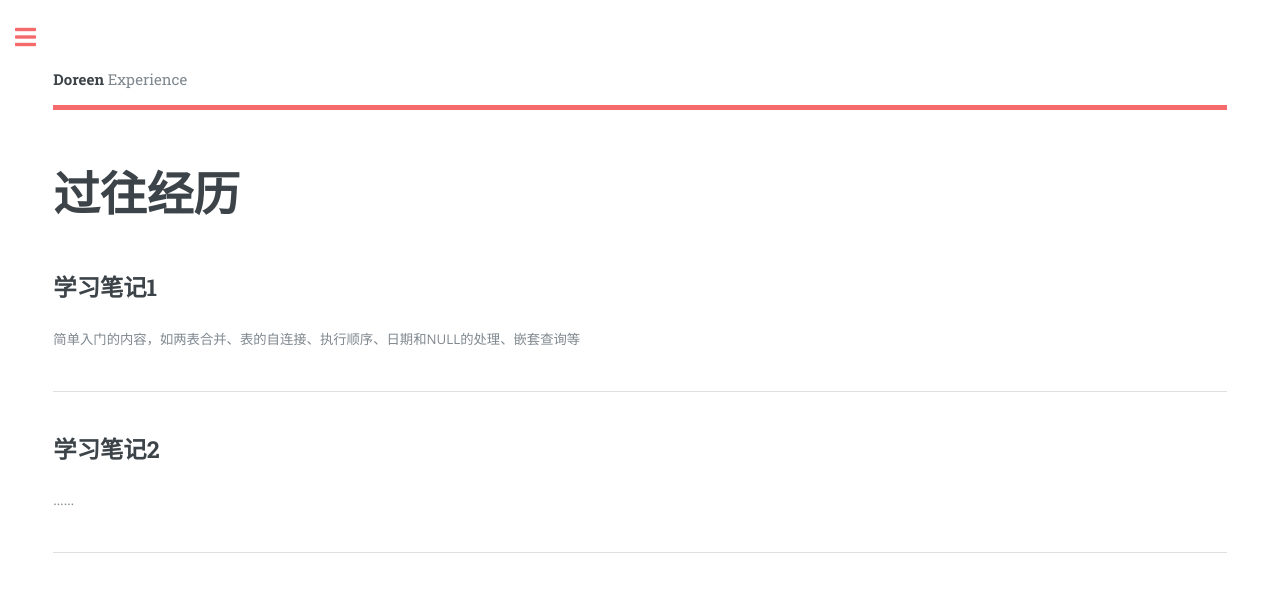
Repository: Hpz3859/Hpz3859.github.io
Page: experience.html
An editor plug-in stored every save of this project. The page is shown before and after the next save, followed by the edit.
The browser window is 1280 px wide. The pictures show the whole page.

Above is the page before, as saved 2025-03-19 14:29:05.

After the next save:
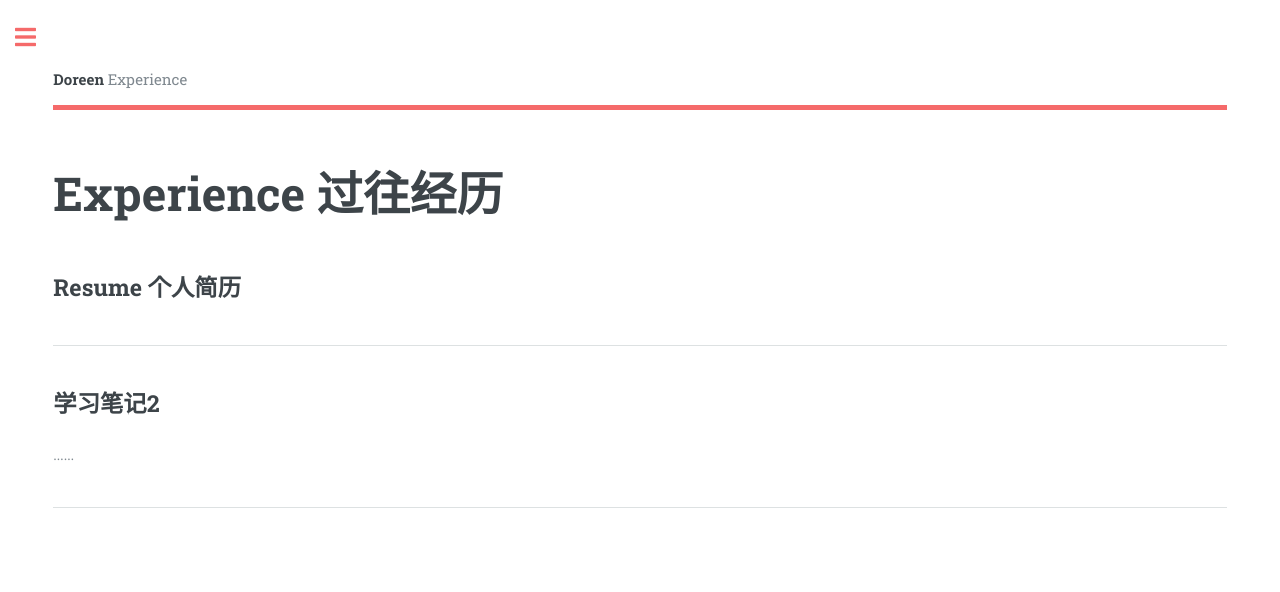
Saved 86 s later.
--- a/experience.html
+++ b/experience.html
@@ -37,12 +37,12 @@
 							<!-- Content -->
 								<section>
 									<header class="main">
-										<h1>过往经历</h1>
+										<h1>Experience 过往经历</h1>
 									</header>
 										<!-- Content -->
 										<div class="content">
-											<h2><a href="#" class="logo">学习笔记1</a></h2>
-											<p>简单入门的内容，如两表合并、表的自连接、执行顺序、日期和NULL的处理、嵌套查询等</p>
+											<h2><a href="resume.html" class="logo">Resume 个人简历</a></h2>
+											<p></p>
 										</div>
 										<hr class="major" />
 
